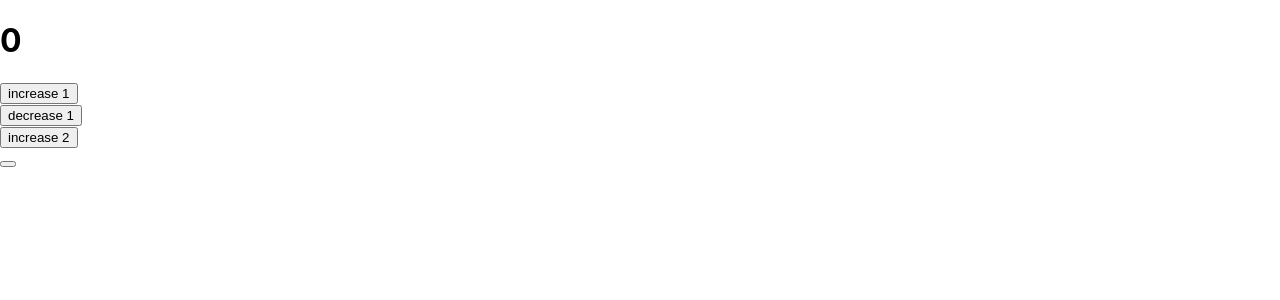
Repository: mfd10/redux-intro
Page: /
These files come from the project's save history. The page is drawn as it stood at one moment and after the next save; the edit follows.
The browser window is 1280 px wide. The pictures show the whole page.
The project was rebuilt for these pictures with package versions that can differ from the ones it lists, and the page was loaded fresh each time. Also part of the build but not shown: src/App.css.

Above is the page before, as saved 2022-07-17 02:18:45.

After the next save:
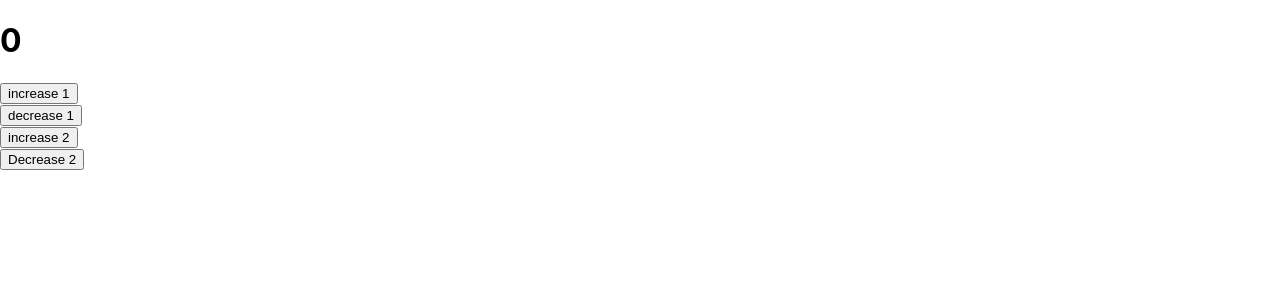
Saved 36 s later.
--- a/src/components/DecreaseByTwoCounter.js
+++ b/src/components/DecreaseByTwoCounter.js
@@ -9,7 +9,9 @@ import { decreaseByTwoCounter } from '../redux/actions/counterActions';
       <div>
       <button onClick={e=>{
         this.props.dispatch(decreaseByTwoCounter())
-      }}></button>
+      }}>
+        Decrease 2
+      </button>
       </div>
     )
   }
